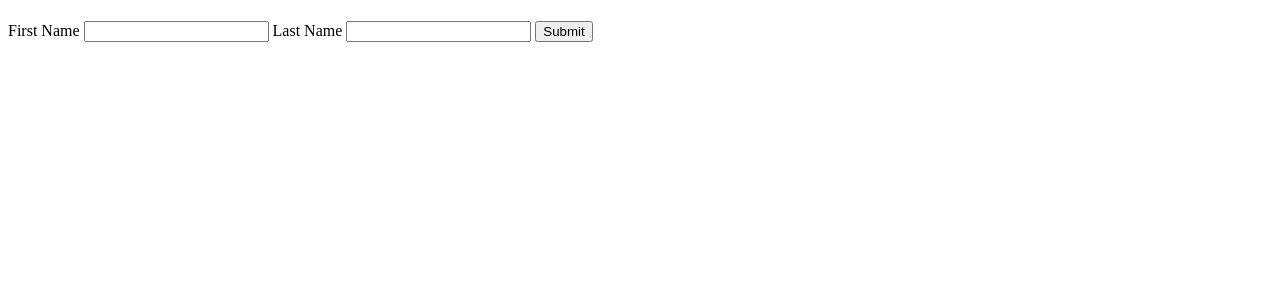
Repository: sunkim96/cosw30
Page: homework/homework2/campaign.html
The author's editor kept a record of every edit. The page is drawn from the files as they stood at one moment, then again after the next edit.
The browser window is 1280 px wide. The pictures show the whole page.

Above is the page before.

### homework/homework2/campaign.html
<!doctype html>
<html>
    <head>
        <meta charset="utf-8">
        <title>Political Campaign</title>
    </head>
    <body>
        <h1></h1>


        <form action="form.php" method="POST">
            <label for="first_name">First Name</label>
            <input type="text" id="first_name" name="first_name" required>

            <label for="last_name">Last Name</label>
            <input type="text" id="last_name" name="last_name" required>


            <button>Submit</button>
        </form>



    </body>





</html>

After the next edit:
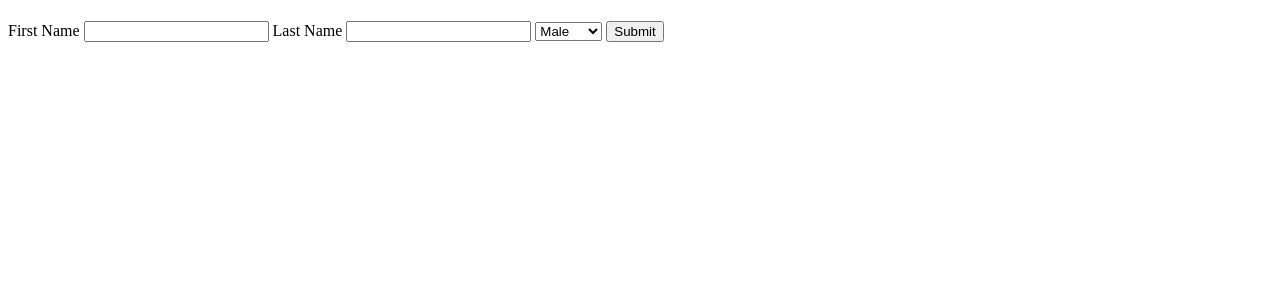
The edit:
--- a/homework/homework2/campaign.html
+++ b/homework/homework2/campaign.html
@@ -15,7 +15,12 @@
             <label for="last_name">Last Name</label>
             <input type="text" id="last_name" name="last_name" required>
 
-
+            <select name="gender">
+                <option value ="male">Male</option>
+                <option value ="female">Female</option>
+                <option value ="other"></option>Other</option>
+                <option value ="none"></option>Prefer Not to Say</option>
+            </select>
             <button>Submit</button>
         </form>
 
